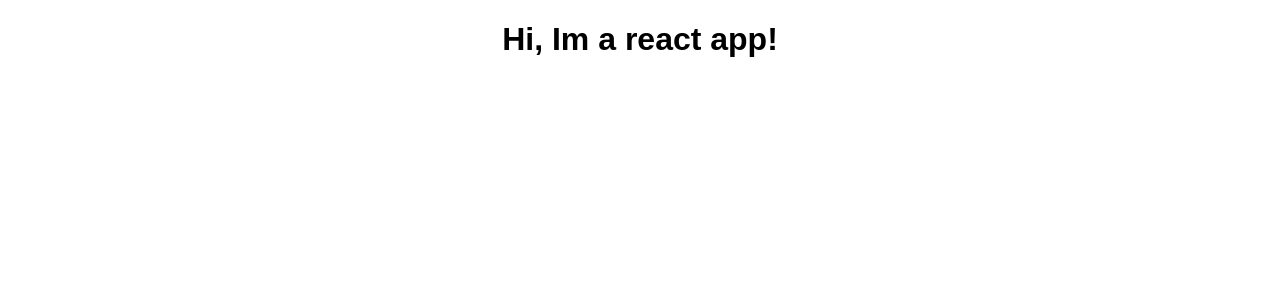
Repository: cristinadoroftei/FirstReactProject
Page: /
These files come from the project's save history. The page is drawn as it stood at one moment and after a run of saves; the edit follows.
The browser window is 1280 px wide. The pictures show the whole page.
The project was rebuilt for these pictures with package versions that can differ from the ones it lists, and the page was loaded fresh each time.

Above is the page before, as saved 2020-07-08 09:19:12.

After the next 2 saves:
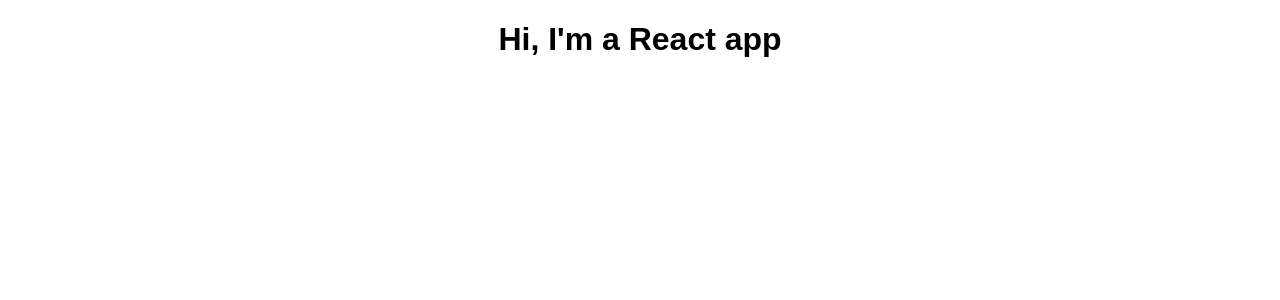
The 2 saves are shown as one change because they came seconds apart.
The last was saved 72 s later.
--- a/src/App.js
+++ b/src/App.js
@@ -5,12 +5,12 @@ import './App.css';
 
 class App extends Component {
   render() {
-    // return (
-    //   <div className="App">
-    //     <h1>Hi, I'm a React app</h1>
-    //   </div>
-    // );
-    return React.createElement('div', null, React.createElement('h1', {className: 'App'}, 'Hi, Im a react app!') )
+    return (
+      <div className="App">
+        <h1>Hi, I'm a React app</h1>
+      </div>
+    );
+    // return React.createElement('div', null, React.createElement('h1', {className: 'App'}, 'Hi, Im a react app!') )
   }
 }
 
